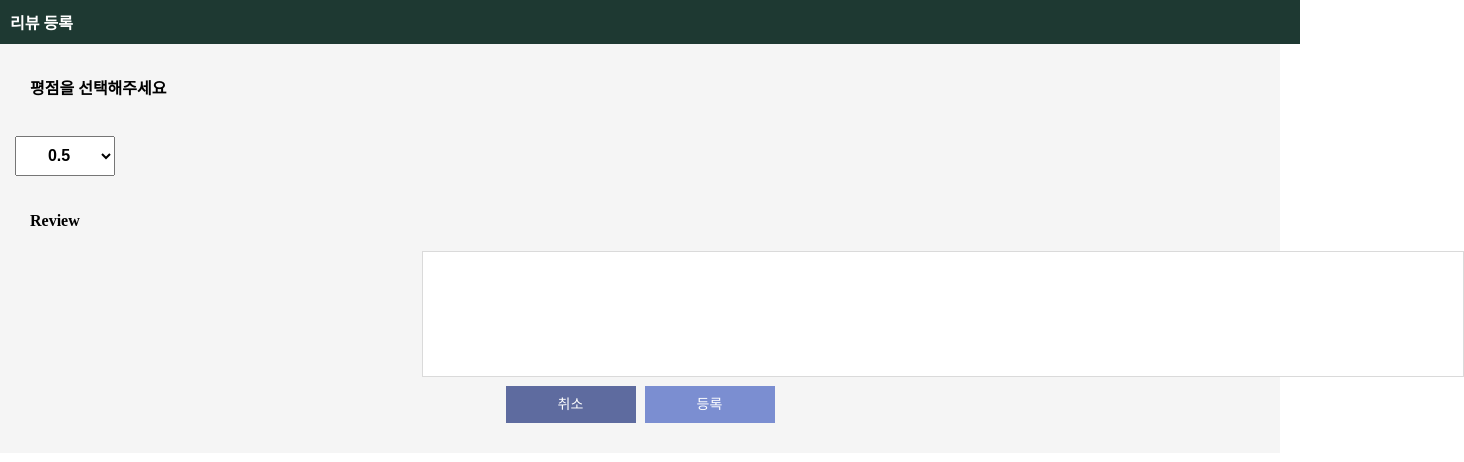
Repository: KimYoungHwans/Yproject
Page: http://localhost/Yproject/WEB-INF/views/replyEnroll.jsp
These files come from the project's save history. The page is drawn as it stood at one moment and after the next save; the edit follows.
The browser window is 1280 px wide. The page is 1464 px wide, then 1300 px, so the pictures cover 1464 px, including what lies to the right of the window. The pictures show the whole page.
The page is served by Tomcat 9. Nobody is signed in. Other server files are loaded and not shown. The template is opened directly, without the code that normally fills it, so the values that code supplies are empty.

Above is the page before, as saved 2023-01-18 07:15:48.

### workspace/Yproject/src/main/webapp/WEB-INF/views/replyEnroll.jsp
<%@ page language="java" contentType="text/html; charset=UTF-8"
    pageEncoding="UTF-8"%>
<!DOCTYPE html>
<html>
<head>
<meta charset="UTF-8">
<title>Insert title here</title>

<script
  src="https://code.jquery.com/jquery-3.4.1.js"
  integrity="sha256-WpOohJOqMqqyKL9FccASB9O0KwACQJpFTUBLTYOVvVU="
  crossorigin="anonymous"></script>

   <style type="text/css">
  	/* 창 여분 없애기 */
  	body{
  		margin : 0;
  	}
  	/* 전체 배경화면 색상 */
  	.wrapper_div{
		background-color: #f5f5f5;
	    height: 100%;
  	}
 	/* 팝업창 제목 */
  	.subject_div{
	    width: 100%;
	    background-color: #1E3932;
	    color: white;
	    padding: 10px;
	    font-weight: bold;
  	}

  	/* 컨텐츠, 버튼 영역 padding */
  	.input_wrap{
  		padding: 30px;
  	}
  	.btn_wrap{
  		padding: 5px 30px 30px 30px;
  		text-align: center;
  	}

  	/* 버튼 영역 */
  	.cancle_btn{
  		margin-right:5px;
  	    display: inline-block;
	    width: 130px;
	    background-color: #5e6b9f;
	    padding-top: 10px;
	    height: 27px;
	    color: #fff;
	    font-size: 14px;
	    line-height: 18px;
  	}
  	.enroll_btn{
   	    display: inline-block;
	    width: 130px;
	    background-color: #7b8ed1;
	    padding-top: 10px;
	    height: 27px;
	    color: #fff;
	    font-size: 14px;
	    line-height: 18px;
  	}

	/* 상품제목 영역 */
	.productName_div h2{
		margin : 0;
	}
  	/* 평점 영역 */
  	.rating_div{
  		padding-top: 10px;
  	}
  	.rating_div h4{
  		margin-left: 30px;
  	}
  	select{
  	margin: 15px;
    width: 100px;
    height: 40px;
    text-align: center;
    font-size: 16px;
    font-weight: 600;
  	}
  	/* 리뷰 작성 영역 */
  	.content_div{

  	}
  	.content_div h4{
  		margin-left : 30px;
  	}
  	textarea{
		width: 80%;
	    height: 100px;
	    border: 1px solid #dadada;
	    padding: 12px 8px 12px 8px;
	    font-size: 15px;
	    color: #a9a9a9;
	    resize: none;
	  margin-left: 33%;

  	}

  </style>
</head>
<body>

	<div class="wrapper_div">
		<div class="subject_div">
			리뷰 등록
		</div>

		<div class="rating_div">
			<h4> 평점을 선택해주세요 </h4>
				<select name="rating">
					<option value="0.5">0.5</option>
					<option value="1.0">1.0</option>
					<option value="1.5">1.5</option>
					<option value="2.0">2.0</option>
					<option value="2.5">2.5</option>
					<option value="3.0">3.0</option>
					<option value="3.5">3.5</option>
					<option value="4.0">4.0</option>
					<option value="4.5">4.5</option>
					<option value="5.0">5.0</option>
				</select>
		</div>
		<div class="content_div">
			<h4>Review</h4>
			<textarea name="content"></textarea>
		</div>

		<div class="btn_wrap">
			<a class="cancle_btn">취소</a>
			<a class="enroll_btn">등록</a>
		</div>

	</div>


	<script>

	//취소 버튼
	$(".cancle_btn").on("click", function(e){

		window.close();
	});


	//등록 버튼
	$(".enroll_btn").on("click",function(e){

		const productId = '${productIntro.productId}';
		const memberId = '${memberId}';
		const rating = $("select").val();
		const content = $("textarea").val();

		const data = {
				productId : productId,
				memberId : memberId,
				rating : rating,
				content : content
		}

		$.ajax({
			data : data,
			type : 'POST',
			url : '/reply/enroll',
			success : function(result){

				//댓글 초기화 후 팝업 창 닫아주기
				$(opener.location).attr("href", "javascript:replyListInit();");
				window.close();

			}

		});
	});

	</script>

</body>
</html>

After the next save:
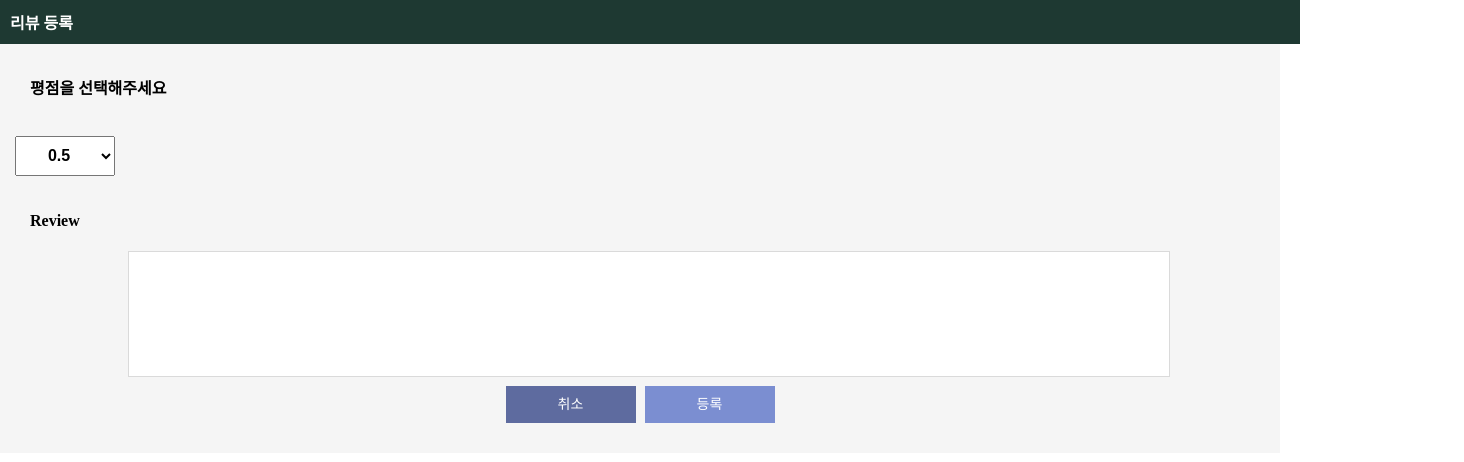
Saved 7 s later.
--- a/workspace/Yproject/src/main/webapp/WEB-INF/views/replyEnroll.jsp
+++ b/workspace/Yproject/src/main/webapp/WEB-INF/views/replyEnroll.jsp
@@ -96,7 +96,7 @@
 	    font-size: 15px;
 	    color: #a9a9a9;
 	    resize: none;
-	  margin-left: 33%;
+	  margin-left: 10%;
 
   	}
 
